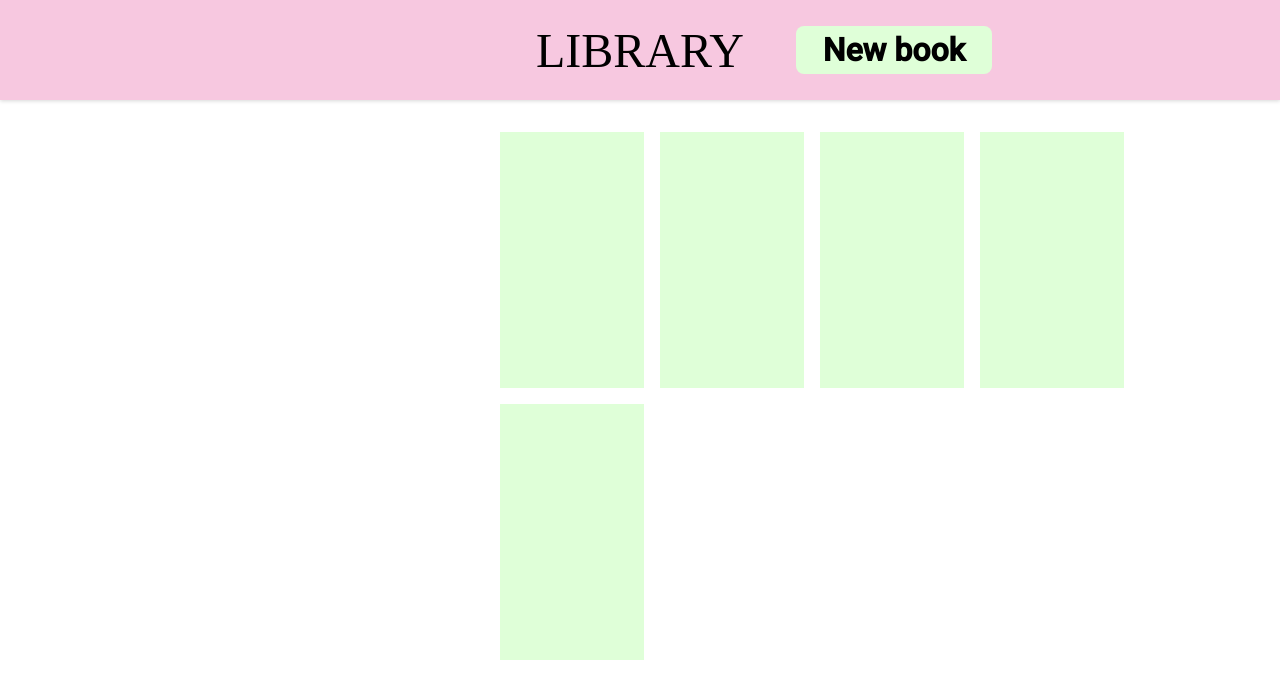
Repository: yeetzpxoci/library
Page: index.html
An editor plug-in stored every save of this project. The page is shown before and after a run of saves, followed by the edit.
The browser window is 1280 px wide. The pictures show the whole page.
Some web fonts or font styles are not loaded; a fallback is used.

Above is the page before, as saved 2023-02-21 15:03:56.

### index.html
<!DOCTYPE html>
<html lang="en">
<head>
    <meta charset="UTF-8">
    <meta http-equiv="X-UA-Compatible" content="IE=edge">
    <meta name="viewport" content="width=device-width, initial-scale=1.0">
    <title>Library</title>
    <link rel="stylesheet" href="styles.css">
    <link rel="preconnect" href="https://fonts.googleapis.com">
    <link rel="preconnect" href="https://fonts.gstatic.com" crossorigin>
    <link href="https://fonts.googleapis.com/css2?family=Roboto:wght@500&display=swap" rel="stylesheet">
    <link href="https://fonts.googleapis.com/css2?family=Gloock&display=swap" rel="stylesheet">
</head>
<body>
    <div class="header">
        <p></p>
        <p>LIBRARY</p>
        <button onclick="addBookToLibrary()" id="addBook">New book</button>
    </div>

    <form>
        <fieldset>
            <label for="title">Title</label>
            <input type="text" name="title" id="title">
            <label for="author">Author</label>
            <input type="text" name="author" id="author">
            <label for="pages">Pages</label>
            <input type="number" name="pages" id="pages">
            <label for="read">Have you read the book?</label>
            <input type="checkbox" name="read" id="read">
        </fieldset>
    </form>

    <div id="cards">

    </div>
<script src="script.js"></script>
</body>
</html>

### styles.css
html, body {
    margin: 0;
    padding: 0;
}

body {
    min-height: 100vh;
    background-color: white;
}

.header {
    display: flex;
    align-items: center;
    justify-content: center;
    width: 100%;
    height: 100px;
    background-color: #F7C8E0;
    box-shadow: rgba(0, 0, 0, 0.16) 0px 1px 4px;
}

.header p {
    font-family: 'Gloock', serif;
    font-size: 48px;
}

#addBook {
    position: absolute;
    right: 288px;
    font-size: 32px;
    font-family: 'Roboto', sans-serif;
    font-weight: bold;
    background-color: #DFFFD8;
    height: 48px;
    width:196px;
    border-radius: 8px;
    border-width: 0px;
}

#cards {
    display: grid;
    grid-template-columns: 1fr 1fr 1fr 1fr;
    gap: 16px;
    margin-top: 32px;
    margin-right: 500px;
    margin-left: 500px;
}

.card {
    height: 256px;
    width: 144px;
    background-color: #DFFFD8;
    align-self: center;
    justify-self: center;
}

form {
    display: none;
}

### script.js
const title = document.getElementById("title").value
const author = document.getElementById("author").value
const pages = document.getElementById("pages").value
const read = document.getElementById("read").checked
const cards = document.getElementById("cards")

let myLibrary = [];

function Book(title, author, pages, read) {
    this.title = title;
    this.author = author;
    this.pages = pages;
    this.read = read;
    this.info = function () {
        return title + " by " + author + ", " + String(pages) + " pages, not read yet"
    }
}

function addBookToLibrary() {
    let book = new Book(title, author, pages, read);
    myLibrary.push(book);
    console.log(myLibrary.length)
}

function displayBooks() {
    for (let i = 0; i < myLibrary.length; i++) {
        const newDiv = document.createElement("div");
        newDiv.setAttribute("class", "card");
        cards.appendChild(newDiv);
    }
}

let book1 = new Book("htomi" , "hs", 23, true);
let book2 = new Book("yeet", "asd", 65, false);
let book3 = new Book("smth", "bsdf", 1, true);
let book4 = new Book("smth", "bsdf", 1, true);
let book5 = new Book("smth", "bsdf", 1, true);
myLibrary.push(book1, book2, book3, book4, book5);
displayBooks();

After the next 2 saves:
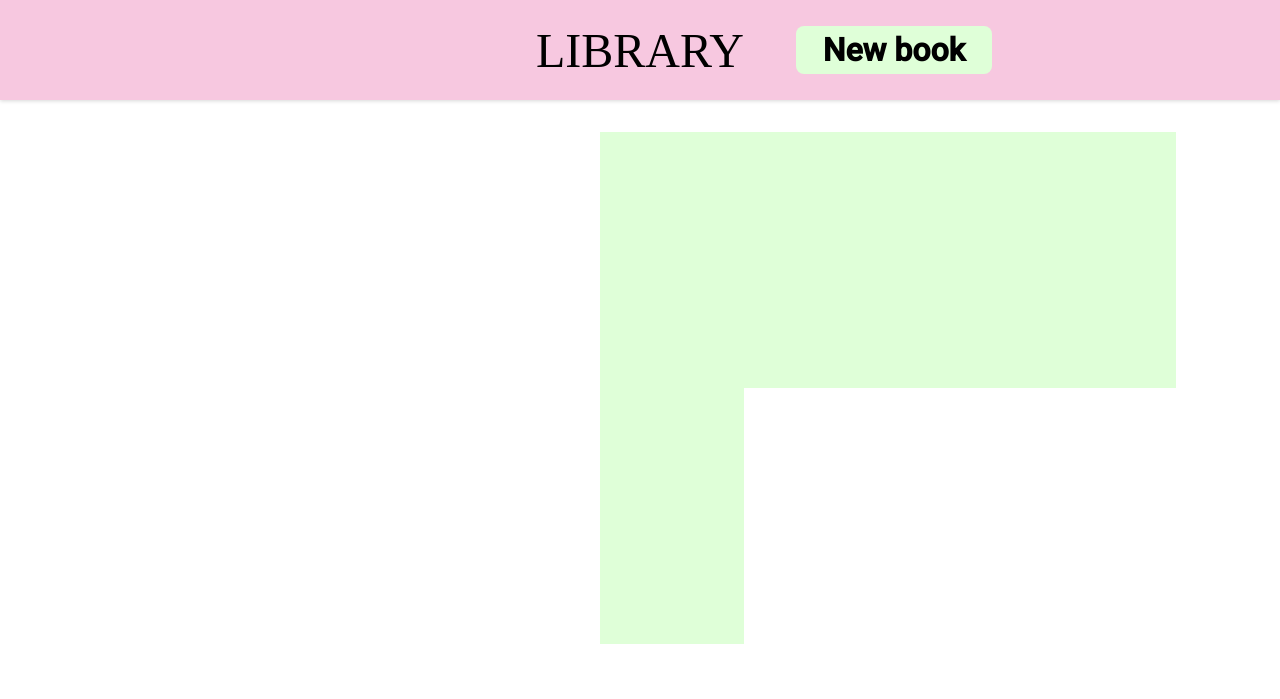
The 2 saves are shown as one change because they came seconds apart.
The last was saved 11 s later.
--- a/styles.css
+++ b/styles.css
@@ -39,10 +39,9 @@ body {
 #cards {
     display: grid;
     grid-template-columns: 1fr 1fr 1fr 1fr;
-    gap: 16px;
     margin-top: 32px;
-    margin-right: 500px;
-    margin-left: 500px;
+    margin-right: 600px;
+    margin-left: 600px;
 }
 
 .card {
